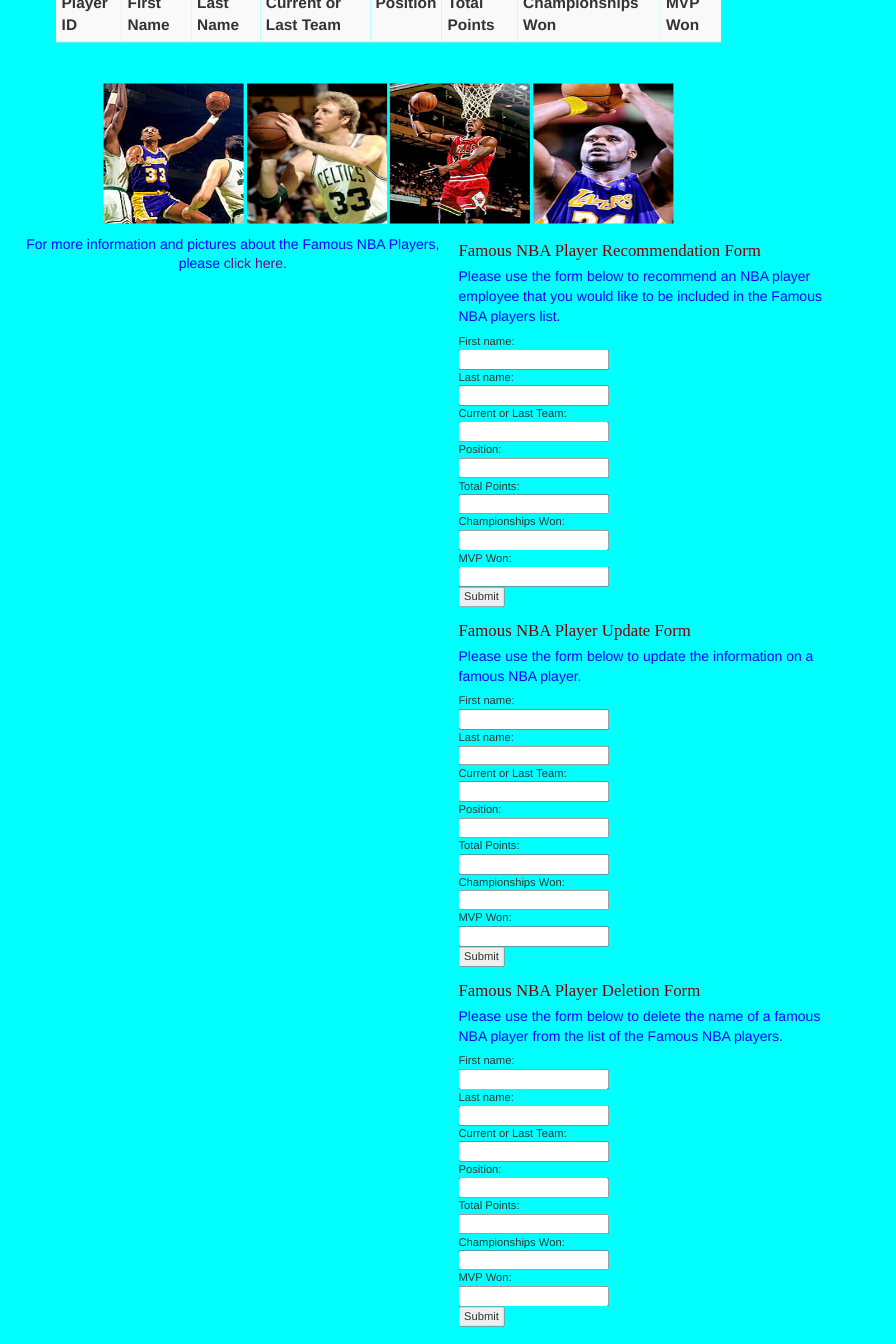
Repository: myjavaweb2/Week5JDBCAssignments
Page: myweek5project/src/main/webapp/indexplayer.html
These files come from the project's save history. The page is drawn as it stood at one moment and after the next save; the edit follows.
The browser window is 1280 px wide. The pictures show the part of the page from y = 656 to 2576 px (the page is 2576 px tall before and 2317 px after), at 70% of full size.

Above is the page before, as saved 2016-09-03 02:14:55.

After the next save:
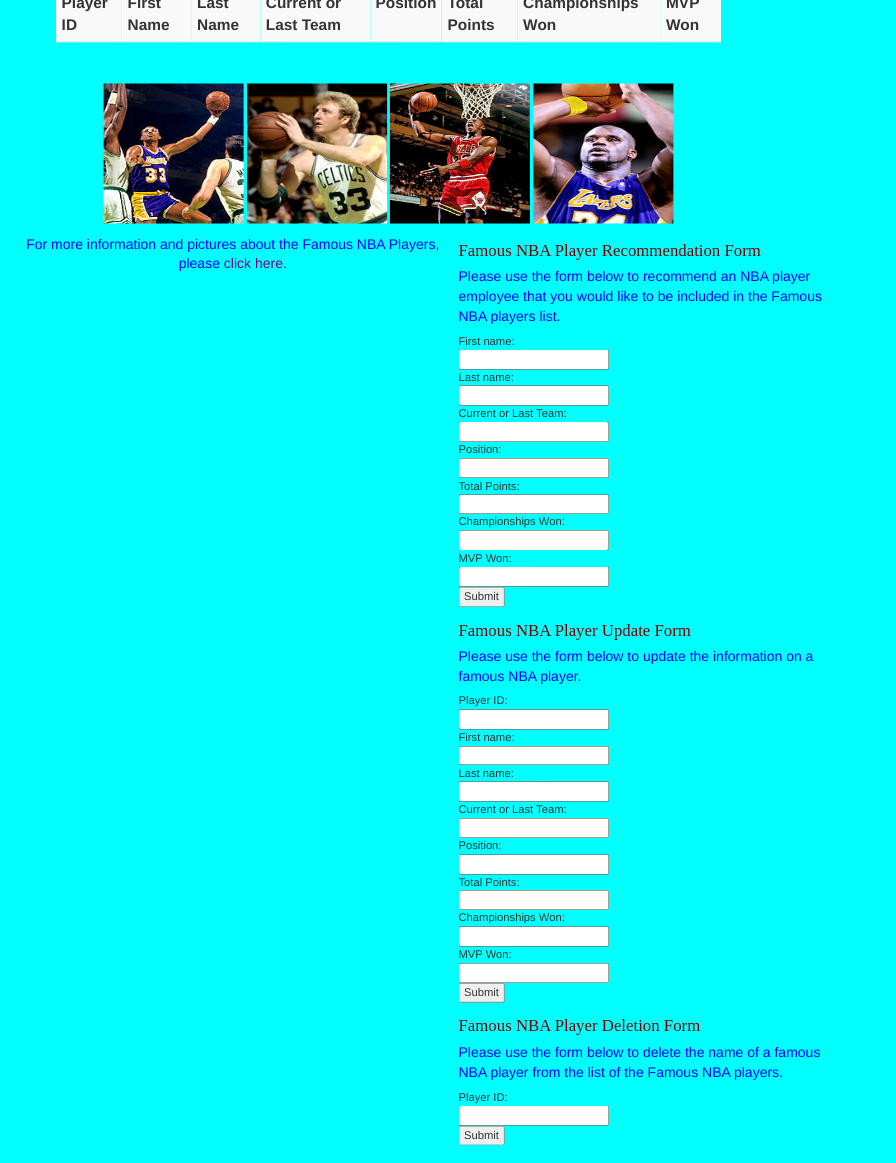
Saved 100 s later.
--- a/myweek5project/src/main/webapp/indexplayer.html
+++ b/myweek5project/src/main/webapp/indexplayer.html
@@ -110,6 +110,7 @@
 			NBA player.</p>
 
 		<form action="updateToDB" method="post">
+			Player ID:<br> <input type="text" name="player_id"><br>
 			First name:<br> <input type="text" name="first_name"><br>
 			Last name:<br> <input type="text" name="last_name"><br>
 			Current or Last Team:<br> <input type="text"
@@ -128,16 +129,8 @@
 			player from the list of the Famous NBA players.</p>
 
 		<form action="deleteFromDB" method="post">
-			First name:<br> <input type="text" name="first_name"><br>
-			Last name:<br> <input type="text" name="last_name"><br>
-			Current or Last Team:<br> <input type="text"
-				name="current_last_team"><br> Position:<br> <input
-				type="text" name="position"><br> Total Points:<br>
-			<input type="text" name="total_points"><br>
-			Championships Won:<br> <input type="text"
-				name="championships_won"><br> MVP Won:<br> <input
-				type="text" name="mvp_Won"><br> <input type="submit"
-				value="Submit">
+			Player ID:<br> <input type="text" name="player_id"><br>
+			  <input type="submit" value="Submit">
 		</form>
 
 	</aside>
